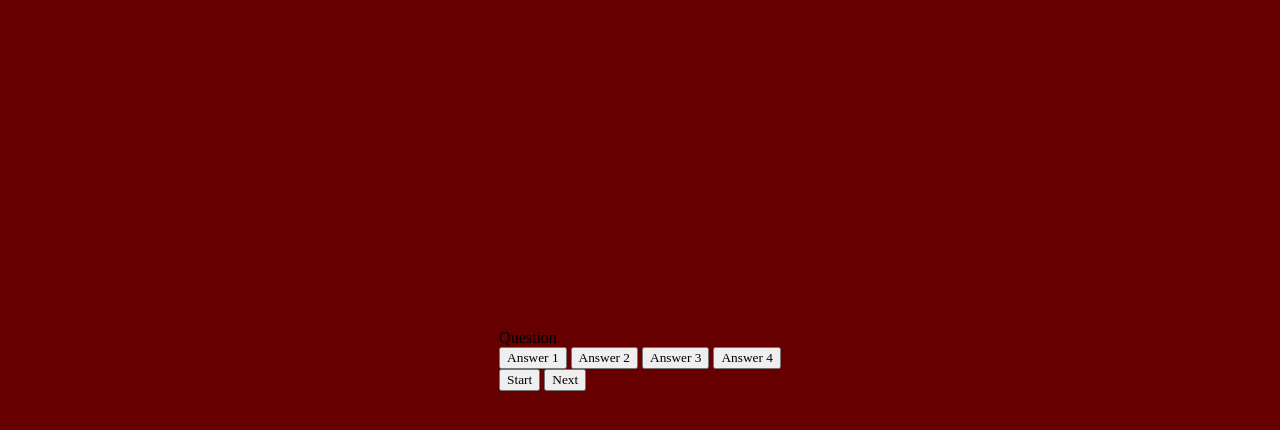
Repository: DaNiels89/quiz-js
Page: index.html
The author's editor kept a copy of each file at every save. The page is drawn from the files as they stood at one save, then again after the next save.
The browser window is 1280 px wide. The pictures show the whole page.

Above is the page before, as saved 2020-06-22 09:44:37.

### index.html
<!DOCTYPE html>
<html lang="en">

<head>
    <meta charset="UTF-8">
    <meta name="viewport" content="width=device-width, initial-scale=1.0">
    <link rel="stylesheet" href="css/styles.css">
    <script defer scr="script.js"></script>
    <title>Quiz</title>
</head>

<body class="wrong">
    <div class="container">
        <div id="question-container" class="hide">
            <div class="question">Question</div>
            <div id="answer-buttons" class="btn-grid">
                <button class="btn">Answer 1</button>
                <button class="btn">Answer 2</button>
                <button class="btn">Answer 3</button>
                <button class="btn">Answer 4</button>
            </div>
        </div>
        <div class="controls">
            <button id="start-btn" class="start-btn btn">Start</button>
            <button id="next-btn" class="next-btn btn">Next</button>
        </div>
    </div>
</body>

</html>

### css/styles.css
*, *::before, *::after {
    box-sizing: border-box;
    font-family: Gotham Rounded;
}

:root {
    --hue-neutral: 200;
    --hue-wrong: 0;
    --hue-correct: 145;
}

body {
    --hue: var(--hue-neutral);
    padding: 0;
    margin: 0;
    display: flex;
    width: 100vw;
    height: 100vh;
    justify-content: center;
    align-items: center;
    background-color: hsl(var(--hue), 100%, 20%);
}

body.correct {
    --hue: var(--hue-correct);
}

body.wrong {
    --hue: var(--hue-wrong);
}

After the next save:
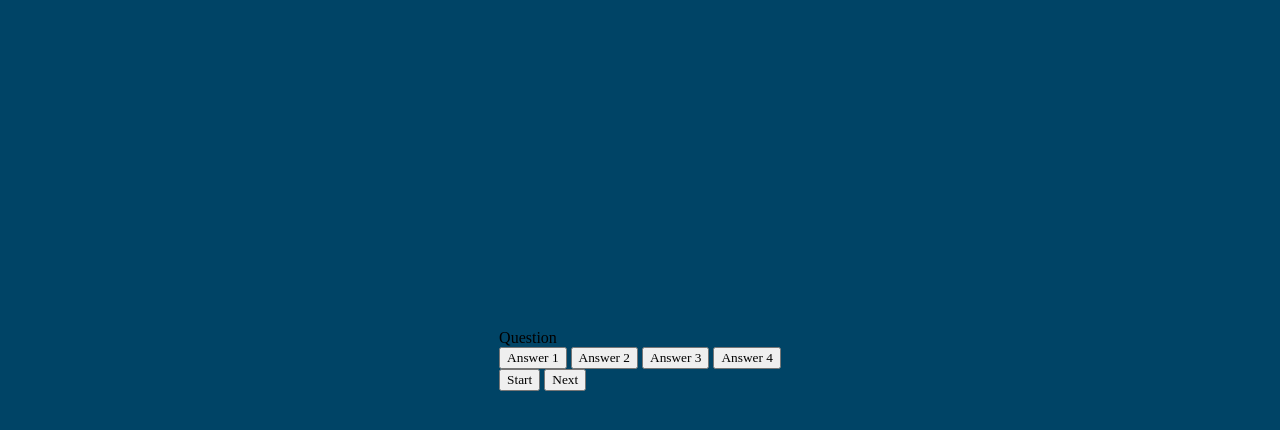
Saved 5 s later.
--- a/index.html
+++ b/index.html
@@ -9,7 +9,7 @@
     <title>Quiz</title>
 </head>
 
-<body class="wrong">
+<body>
     <div class="container">
         <div id="question-container" class="hide">
             <div class="question">Question</div>
